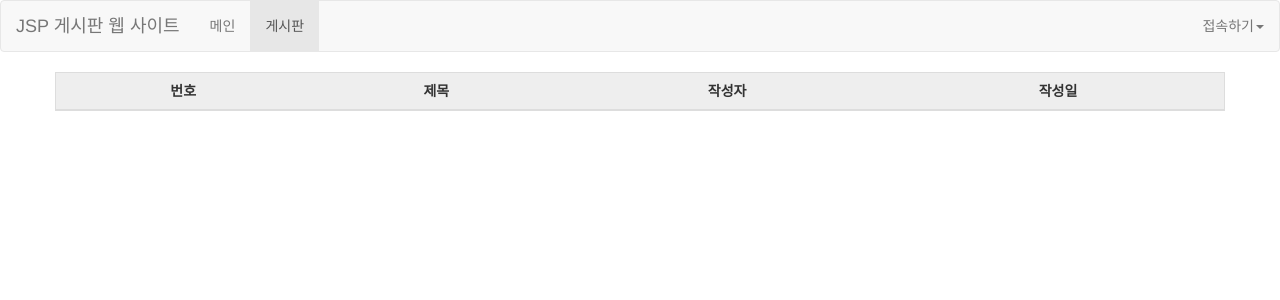
Repository: JoYuKang/Clone_Code
Page: http://localhost/BBS/bbs.jsp
An editor plug-in stored every save of this project. The page is shown before and after the next save, followed by the edit.
The browser window is 1280 px wide. The pictures show the whole page.
Some web libraries are served in a nearby version. The page is served by Tomcat 9. Other server files are loaded and not shown.

Above is the page before, as saved 2021-01-21 05:10:58.

### 게시판/project/BBS/WebContent/bbs.jsp
<%@ page language="java" contentType="text/html; charset=UTF-8"
	pageEncoding="UTF-8"%>
<%@ page import = "java.io.PrintWriter" %>
<!DOCTYPE html>
<html>
<head>
<meta http-equiv="Cotent-type" content="text/html" ; charset="UTF-8">
<meta name="viewport" content="width=device-width" , initial-scale="1">
<link rel="stylesheet" href="css/bootstrap.css">
<title>JSP 웹 게시판</title>
</head>
<body>
	<%
		String userID= null;
			if(session.getAttribute("userID")!=null){
				userID= (String) session.getAttribute("userID");
			}
	%>
	<nav class="navbar navbar-default">
		<div class="navbar-header">
			<button type="button" class="navbar-toggle collapsed"
				data-toggle="collapse" data-target="#bs-example-navbar-collapse-1"
				aria-expanded="false">
				<span class="icon-bar"></span> <span class="icon-bar"></span> <span
					class="icon-bar"></span>
			</button>
			<a class="navbar-brand" href="main.jsp">JSP 게시판 웹 사이트</a>
		</div>
		<div class="collapse navbar-collapse"
			id="bs-example-navbar-collapse-1">
			<ul class="nav navbar-nav">
				<li><a href="main.jsp">메인</a></li>
				<li class="active"><a href="bbs.jsp">게시판</a></li>
			</ul>
			<%
				if(userID==null){
			%>
			<ul class="nav navbar-nav navbar-right">
				<li class="dropdown"><a href="#" class="dropdown-toggle"
					data-toggle="dropdown" role="button" aria-haspopup="true"
					aria-expanded="false">접속하기<span class="caret"></span></a>
					<ul class="dropdown-menu">
						<li><a href="login.jsp">로그인</a></li>
						<li><a href="join.jsp">회원가입</a></li>
					</ul></li>
			</ul>
			<%
				}else{
				%>
				<ul class="nav navbar-nav navbar-right">
				<li class="dropdown"><a href="#" class="dropdown-toggle"
					data-toggle="dropdown" role="button" aria-haspopup="true"
					aria-expanded="false">회원관리<span class="caret"></span></a>
					<ul class="dropdown-menu">
						<li><a href="logoutAction.jsp">로그아웃</a></li>
					</ul></li>
			</ul>
				<%
				}
			%>


		</div>
	</nav>
	<div class="container">
		<div class="row">
			<table class = "table table-striped" style="text-align:center; border: 1px solid #dddddd">
				<thead>
					<tr>
						<th style="background-color: #eeeeee; text-align:center;">번호</th>
						<th style="background-color: #eeeeee; text-align:center;">제목</th>
						<th style="background-color: #eeeeee; text-align:center;">작성자</th>
						<th style="background-color: #eeeeee; text-align:center;">작성일</th>
					</tr>
				</thead>
			</table>
		</div>

	</div>


	<script src="http://code.jquery.com/jquery-3.1.1.min.js"></script>
	<script src="js/bootstrap.js"></script>
</body>
</html>

Loaded but not shown: 게시판/project/BBS/WebContent/css/bootstrap.css (library); 게시판/project/BBS/WebContent/js/bootstrap.js (library)

After the next save:
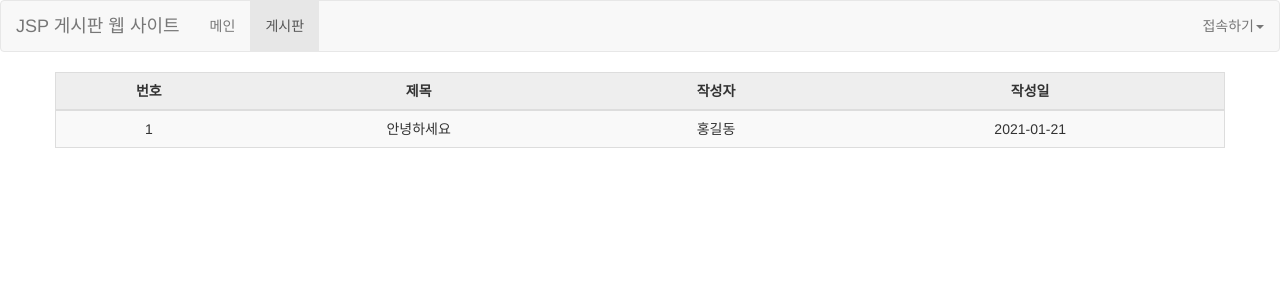
Saved 61 s later.
--- a/게시판/project/BBS/WebContent/bbs.jsp
+++ b/게시판/project/BBS/WebContent/bbs.jsp
@@ -73,6 +73,14 @@
 						<th style="background-color: #eeeeee; text-align:center;">작성일</th>
 					</tr>
 				</thead>
+					<tbody>
+						<tr>
+							<td>1</td>
+							<td>안녕하세요</td>
+							<td>홍길동</td>
+							<td>2021-01-21</td>
+						</tr>
+					</tbody>
 			</table>
 		</div>
 
